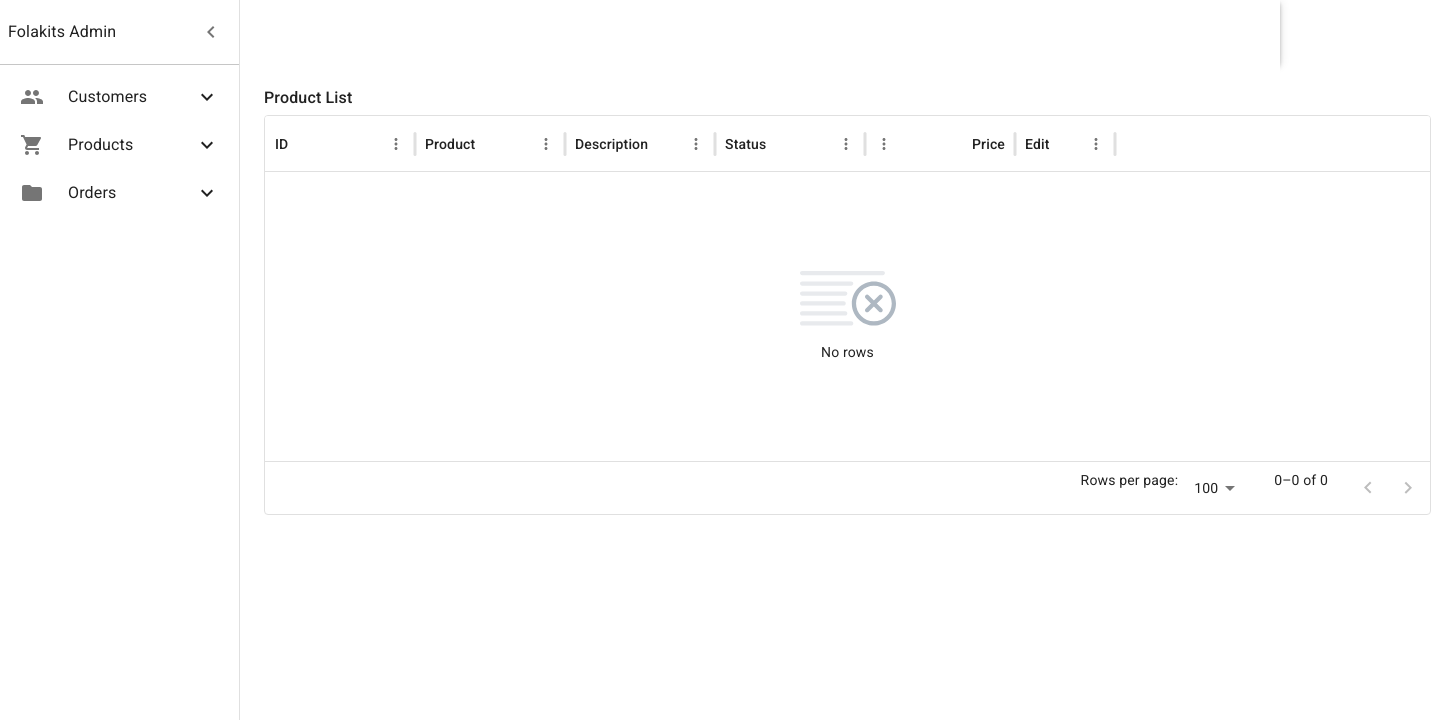
Repository: Celebration-cloud/folakits
Page: /admin
An editor plug-in stored every save of this project. The page is shown before and after the next save, followed by the edit.
The browser window is 1280 px wide. The page is 1455 px wide, so the pictures cover 1455 px, including what lies to the right of the window. The pictures show the whole page.
The page's requests for data from a server got no answer. The project was rebuilt for these pictures with package versions that can differ from the ones it lists, and the page was loaded fresh each time. Some packages were replaced by stand-ins written for this rebuild. No one was signed in, and anything a server would have sent is missing. Also part of the build but not shown: vite.config.js, src/components/admin/NewProduct.module.css, src/components/admin/FileUploaders.jsx, server/firebase/NewProductServerside.jsx, src/components/reuseable/spinner/Spinner.jsx, src/components/admin/NewProduct.jsx, src/components/admin/CustomerList.module.css, src/components/admin/CustomerList.jsx and 4 more.

Above is the page before, as saved 2024-07-11 14:42:27.

After the next save:
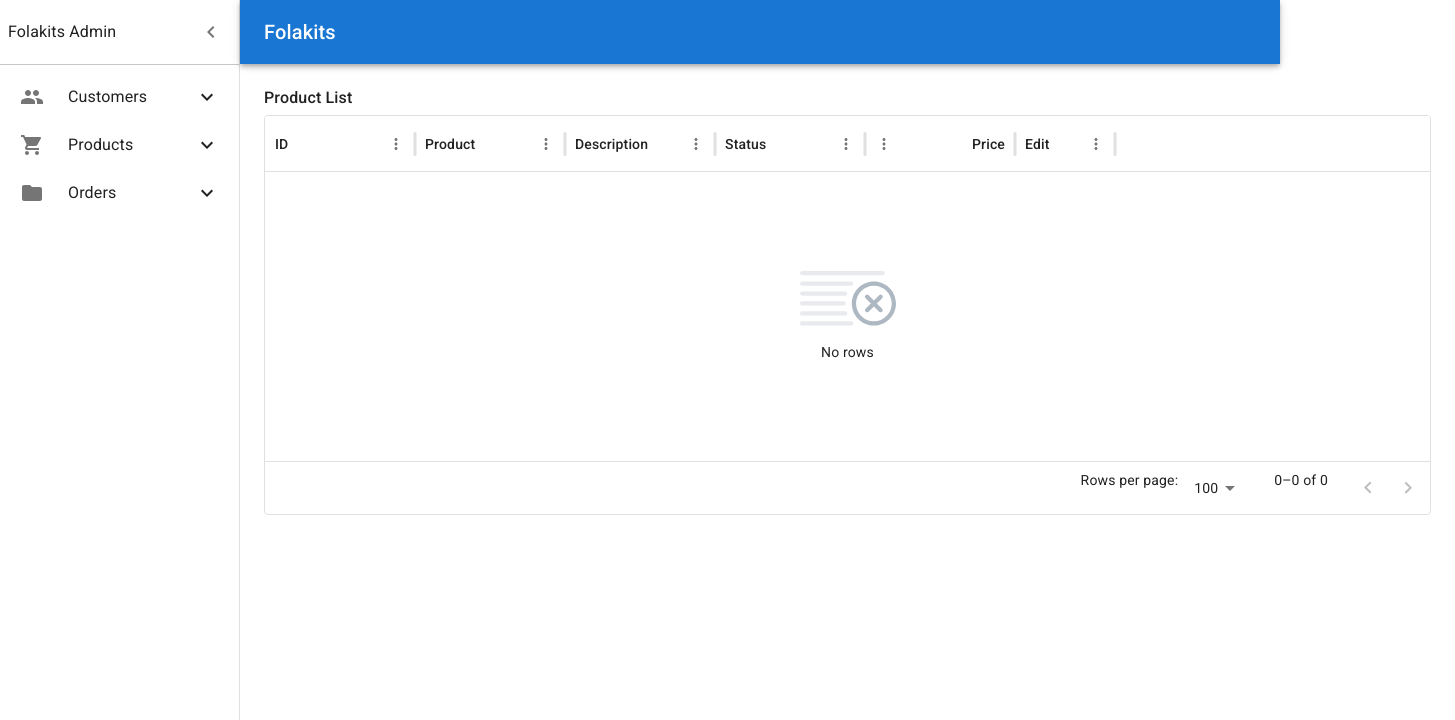
Saved 9 s later.
--- a/src/components/admin/AdminDashboardNav.jsx
+++ b/src/components/admin/AdminDashboardNav.jsx
@@ -156,7 +156,7 @@
   return (
     <Box sx={{ display: "flex" }}>
       <CssBaseline />
-      <AppBar style={{position: "fixed", zIndex: -3, }} open={open}>
+      <AppBar style={{position: "fixed" }} open={open}>
         <Toolbar>
           <IconButton
             color="inherit"
